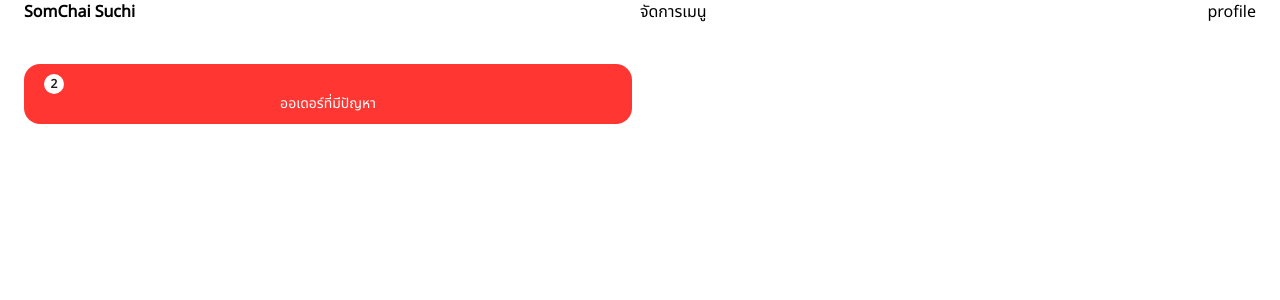
Repository: Pingping1004/food-ordering
Page: / (app in frontend/)
The author's editor kept a copy of each file at every save. The page is drawn from the files as they stood at one save, then again after the next save.
The browser window is 1280 px wide. The pictures show the whole page.
The project was rebuilt for these pictures with package versions that can differ from the ones it lists, and the page was loaded fresh each time. The framework's server and built-in components were replaced by stand-ins that run in the browser. Also part of the build but not shown: frontend/next.config.ts.

Above is the page before, as saved 2025-06-04 05:22:08.

After the next save:
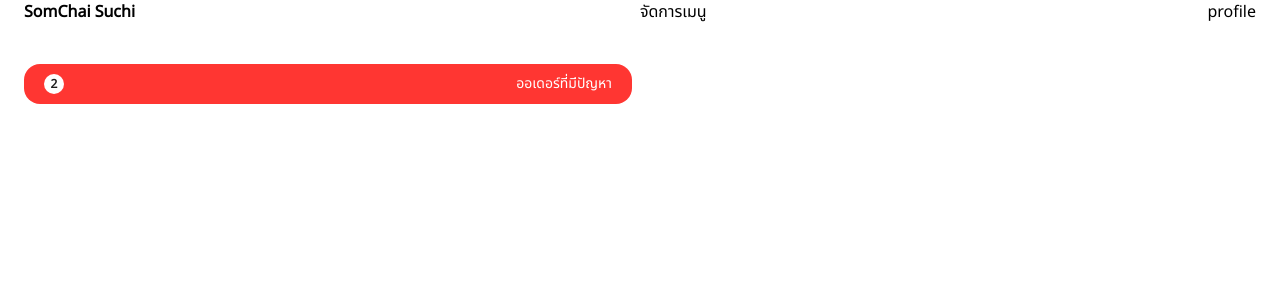
Saved 84 s later.
--- a/frontend/src/app/page.tsx
+++ b/frontend/src/app/page.tsx
@@ -7,7 +7,14 @@ export default function CookerHomePage() {
         <div>
             <CookerHeader />
             <section className="grid grid-cols-2 px-6 py-10 gap-4">
-                <Button variant="danger" size="md" icon={<NumberIssued issuedOrder={2} />}>ออเดอร์ที่มีปัญหา</Button>
+                <Button
+                    variant="danger"
+                    size="md"
+                    className="flex items-center justify-between"
+                    icon={<NumberIssued issuedOrder={2} />}
+                >
+                    ออเดอร์ที่มีปัญหา
+                </Button>
             </section>
         </div>
     );
